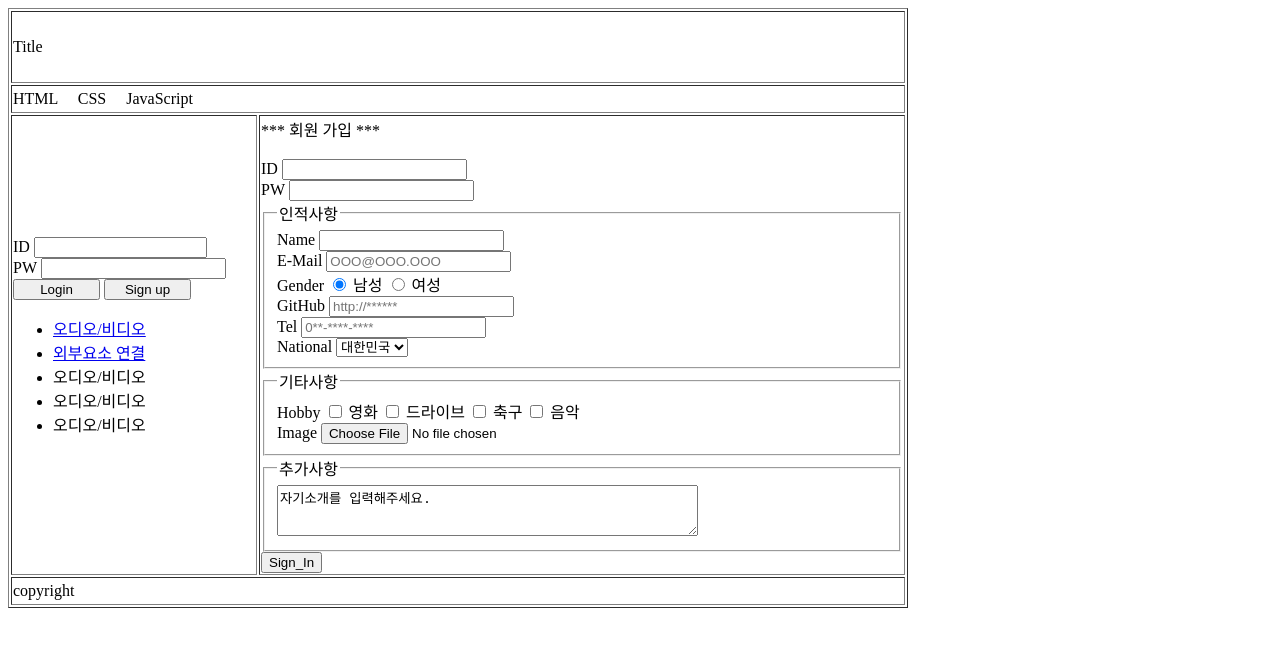
Repository: Hwangjiwon/MultiCampus
Page: http://localhost/2Study/jsp/member_insert.jsp
An editor plug-in stored every save of this project. The page is shown before and after the next save, followed by the edit.
The browser window is 1280 px wide. The pictures show the whole page.
The page is served by Tomcat 9. Other server files are loaded and not shown.

Above is the page before, as saved 2019-05-31 02:45:58.

### 2Study/WebContent/jsp/member_insert.jsp
<%@ page language="java" contentType="text/html; charset=UTF-8"
	pageEncoding="UTF-8"%>

<jsp:include page="header.jsp"></jsp:include>
<jsp:include page="side.jsp"></jsp:include>
<td>

	*** 회원 가입 *** <br> <br>

	<form action = "/2Study/Main?sign=member_insert" method="get">

		ID <input type = "text" name = "id" > <br>
		PW <input type = "text" name = "pw" > <br>
		<fieldset>
			<legend>인적사항</legend>
		Name <input type = "text" name = "name"> <br>
		E-Mail <input type ="email" placeholder="OOO@OOO.OOO" /> <br>
		Gender <input type = "radio" name = gender" value = "male" checked /> 남성
			<input type = "radio" name = gender" value = "female" /> 여성 <br>
		GitHub <input type = "url" placeholder="http://******"/> <br>
		Tel <input type ="tel" pattern ="[0-9]{2,3}-[0-9]{3,4}-[0-9]{4}" placeholder ="0**-****-****"/><br>
		National <select name ="country">
					<option value = "Korea" selected> 대한민국 </option>
					<option value = "USA"> 미국 </option>
					<option value = "UK"> 영국 </option>
					<option value = "Japan"> 일본 </option>
					<option value = "China"> 중국 </option>
				</select> <br>
		</fieldset>
		<fieldset>
			<legend>기타사항</legend>
		Hobby <input type ="checkbox" name = "hobby" value = "movie" /> 영화
			<input type ="checkbox" name = "hobby" value = "drive" /> 드라이브
			<input type ="checkbox" name = "hobby" value = "soccer" /> 축구
			<input type ="checkbox" name = "hobby" value = "music" /> 음악 <br>
		Image <input type = "file" name = "filename" > <br>
		</fieldset>
		<fieldset>
			<legend>추가사항</legend>
		<textarea rows = "3" cols ="50" name ="memo">
자기소개를 입력해주세요.
		</textarea> <br>
		</fieldset>
		<input type ="submit" value ="Sign_In">
	</form>
</td>
</tr>

<jsp:include page="copyright.jsp"></jsp:include>

### 2Study/WebContent/jsp/header.jsp
<%@ page language="java" contentType="text/html; charset=UTF-8"
	pageEncoding="UTF-8"%>
<!DOCTYPE html>
<html>
<head>
<meta charset="UTF-8">
<title>HOME</title>
</head>
<body>
	<table border="1" width="900" height="600">
		<tr height="15%">
			<td colspan="2">Title</td>
		</tr>
		<tr height="5%">
			<td colspan="2">HTML &nbsp;&nbsp;&nbsp; CSS &nbsp;&nbsp;&nbsp;
				JavaScript</td>
		</tr>

### 2Study/WebContent/jsp/side.jsp
<%@ page language="java" contentType="text/html; charset=UTF-8"
	pageEncoding="UTF-8"%>
<tr>
	<td width="20%">
		<!-- Java code가 들어갈 수 있는 부분 -->
		<%
			String username = (String)session.getAttribute("username");
			if(username != null) { //login_ok
		%>

			${username}님, 환영합니다.

		<form action="/2Study/Main?sign=logout" method="post">
			<input type="submit" value="Logout">
		</form>

		<%
			} else {
		%>
			<!-- 절대경로화 해서 서블릿으로 요청 보내기 -->
			<form style="width: 242px;" method="post" action="/2Study/Main?sign=login">
				ID <input name="id" style="width: 165px;"><br>
				PW <input name="pw" type="password"><br>
					<input type="submit" value="Login" style="width: 87px;">
					<a href = "/2Study/jsp/member_insert.jsp">
						<input type="button" value="Sign up" style="width: 87px;">
					</a>
			</form>

		<%
			}
		%>

		<ul>
			<!-- Context명부터 써줘서 절대경로화! /프로젝트명/... -->
			<li><a href="/2Study/jsp/audio_video.jsp">오디오/비디오</a></li>
			<li><a href="/2Study/jsp/iframe.jsp">외부요소 연결</a></li>
			<li>오디오/비디오</li>
			<li>오디오/비디오</li>
			<li>오디오/비디오</li>
		</ul>
	</td>

### 2Study/WebContent/jsp/copyright.jsp
<%@ page language="java" contentType="text/html; charset=UTF-8"
	pageEncoding="UTF-8"%>

<tr height="5%">
	<td colspan="2">copyright</td>
</tr>
</table>

</body>
</html>

After the next save:
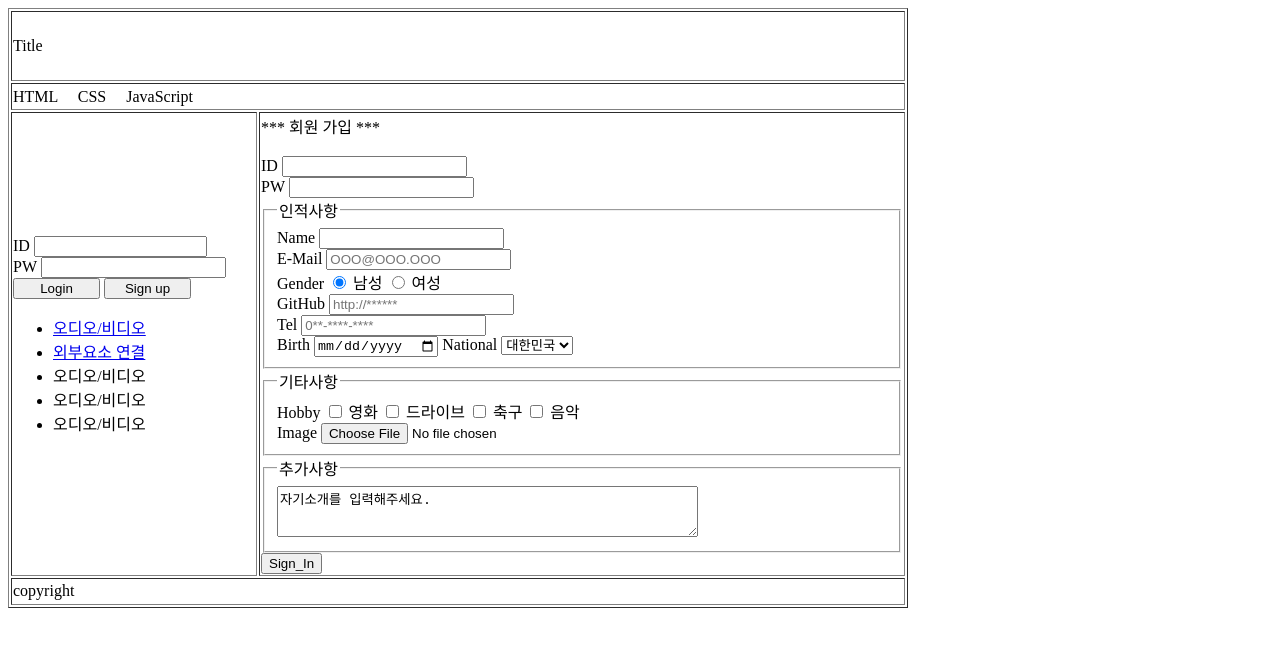
Saved 55 s later.
--- a/2Study/WebContent/jsp/member_insert.jsp
+++ b/2Study/WebContent/jsp/member_insert.jsp
@@ -19,6 +19,7 @@
 			<input type = "radio" name = gender" value = "female" /> 여성 <br>
 		GitHub <input type = "url" placeholder="http://******"/> <br>
 		Tel <input type ="tel" pattern ="[0-9]{2,3}-[0-9]{3,4}-[0-9]{4}" placeholder ="0**-****-****"/><br>
+		Birth <input type ="date" name ="birth"/>
 		National <select name ="country">
 					<option value = "Korea" selected> 대한민국 </option>
 					<option value = "USA"> 미국 </option>
